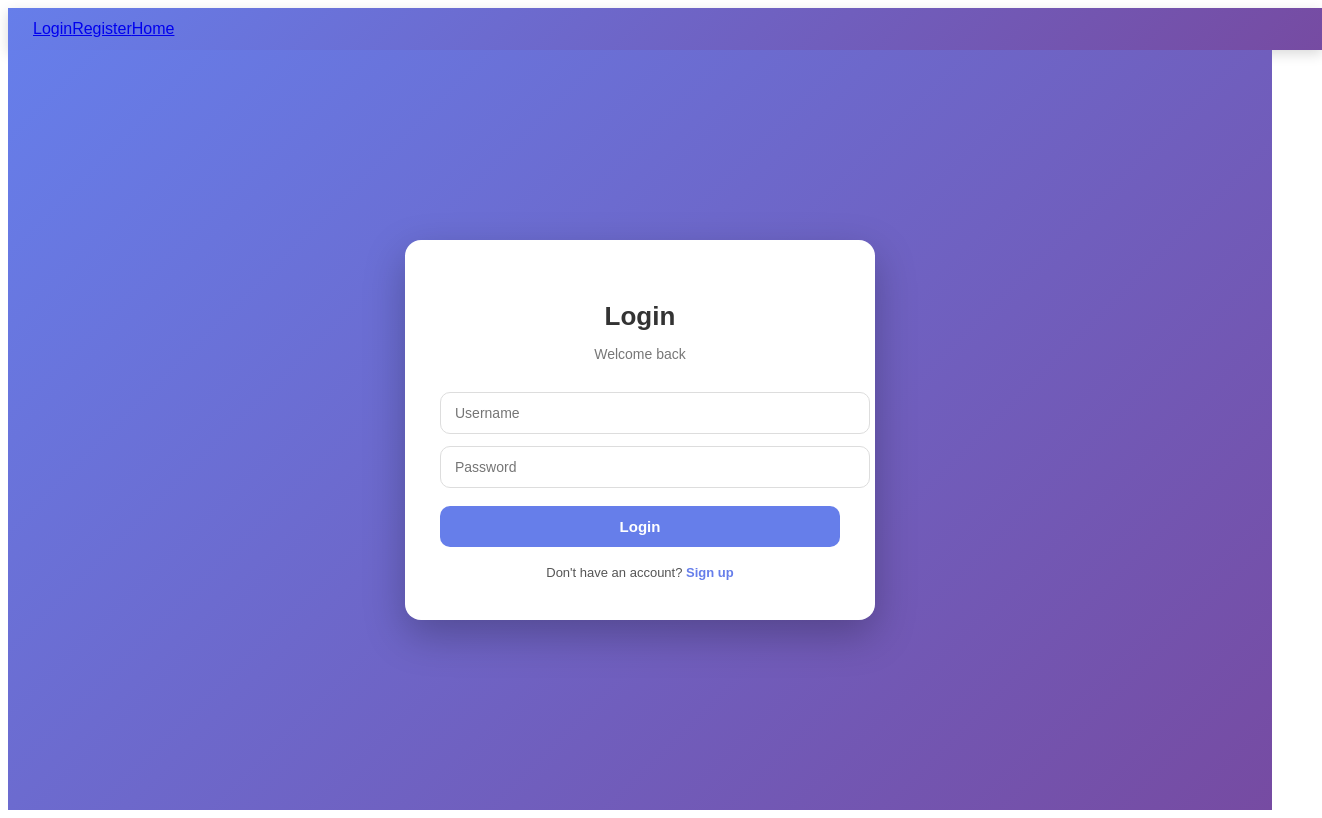
Repository: BMXracer44/CalendarConnect
Page: / (app in frontend/)
These files come from the project's save history. The page is drawn as it stood at one moment and after the next save; the edit follows.
The browser window is 1280 px wide. The page is 1322 px wide, so the pictures cover 1322 px, including what lies to the right of the window. The pictures show the whole page.
The project was rebuilt for these pictures with package versions that can differ from the ones it lists, and the page was loaded fresh each time. Also part of the build but not shown: frontend/src/pages/Register.jsx.

Above is the page before, as saved 2026-04-07 17:37:48.

After the next save:
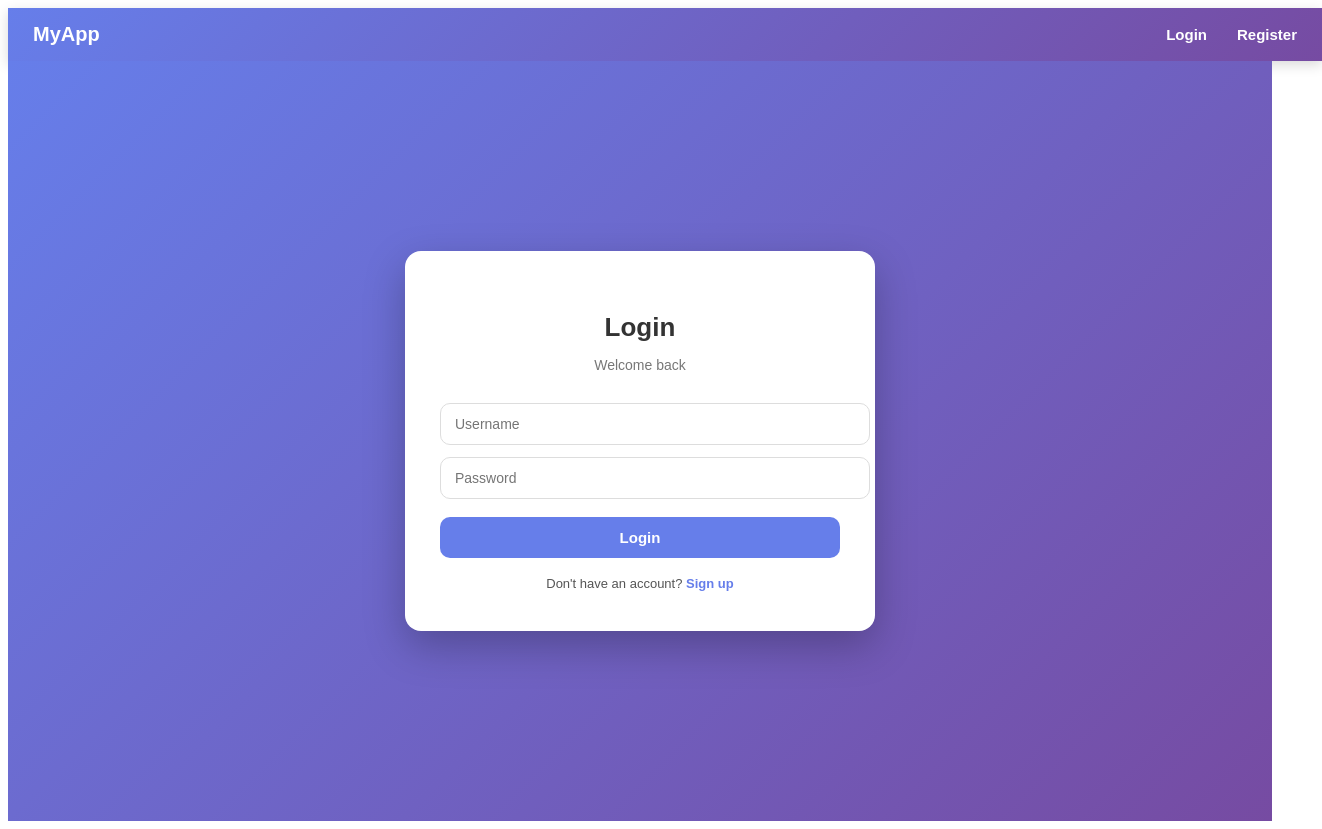
Saved 67 s later.
--- a/frontend/src/App.js
+++ b/frontend/src/App.js
@@ -1,31 +1,43 @@
 // App.js
 import { Outlet, NavLink } from "react-router-dom";
-import "./index.css"; // optional if you want to style with CSS
+import "./index.css"; // your CSS with navbar styles
 
-function App() {
+function App({ user, logout }) {
   return (
     <div>
       {/* Navigation Bar */}
       <nav className="navbar">
-        <NavLink
-          to="/"
-          className={({ isActive }) => isActive ? "nav-link active" : "nav-link"}
-          end
-        >
-          Login
-        </NavLink>
-        <NavLink
-          to="/register"
-          className={({ isActive }) => isActive ? "nav-link active" : "nav-link"}
-        >
-          Register
-        </NavLink>
-        <NavLink
-          to="/home"
-          className={({ isActive }) => isActive ? "nav-link active" : "nav-link"}
-        >
-          Home
-        </NavLink>
+        <a href="/" className="logo">MyApp</a>
+
+        <div className="right-section">
+          {!user ? (
+            <>
+              <NavLink
+                to="/login"
+                className={({ isActive }) => isActive ? "nav-link active" : "nav-link"}
+              >
+                Login
+              </NavLink>
+              <NavLink
+                to="/register"
+                className={({ isActive }) => isActive ? "nav-link active" : "nav-link"}
+              >
+                Register
+              </NavLink>
+            </>
+          ) : (
+            <div className="user-info">
+              <img
+                src={user.profile_picture_url || "/default-avatar.png"}
+                alt="User"
+              />
+              <span>{user.username}</span>
+              <button className="logout-btn" onClick={logout}>
+                Logout
+              </button>
+            </div>
+          )}
+        </div>
       </nav>
 
       {/* Render the page content */}
